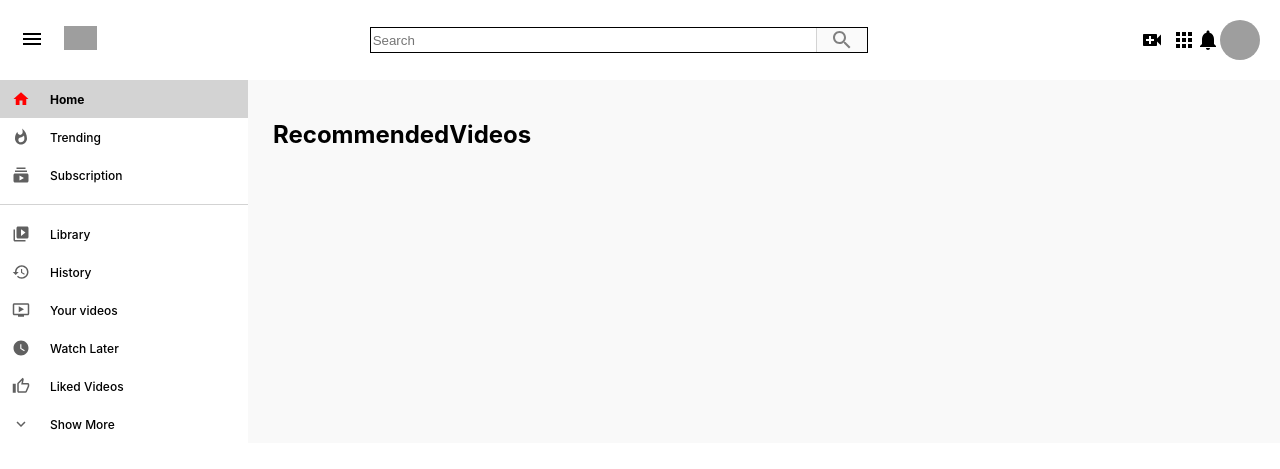
Repository: SubhashiniSundaresan/youtube-clone
Page: /
An editor plug-in stored every save of this project. The page is shown before and after the next save, followed by the edit.
The browser window is 1280 px wide. The pictures show the whole page.
Pictures or frames that could not be fetched are drawn as grey boxes. The project was rebuilt for these pictures with package versions that can differ from the ones it lists, and the page was loaded fresh each time.

Above is the page before, as saved 2020-12-24 12:33:25.

After the next save:
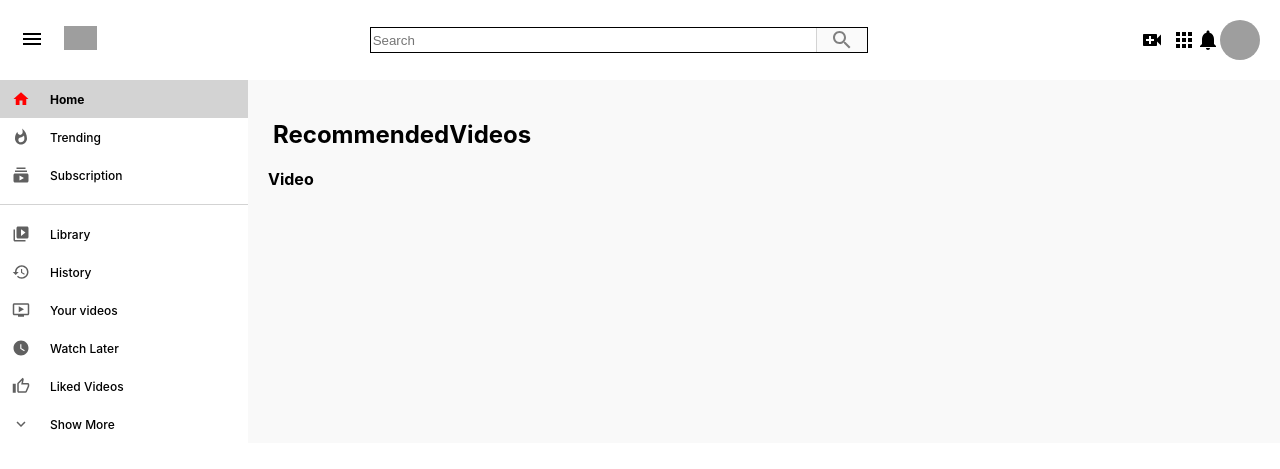
Saved 26 s later.
--- a/src/RecommendedVideos.js
+++ b/src/RecommendedVideos.js
@@ -1,11 +1,14 @@
 import React from "react";
 import "./RecommendedVideos.css";
+import VideoCard from "./VideoCard";
 
 function RecommendedVideos() {
   return (
     <div className='recommendedVideos'>
       <h2>RecommendedVideos</h2>
-      <div className='recommendedVideos__videos'></div>
+      <div className='recommendedVideos__videos'>
+        <VideoCard />
+      </div>
     </div>
   );
 }
